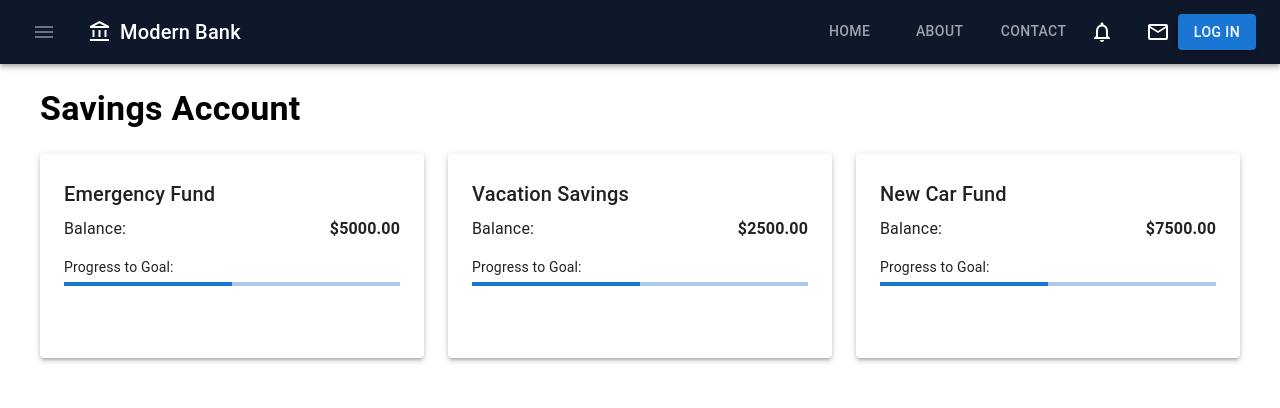
Repository: MohammadMazloum123/Moder-Bank-Full-Stack-Project
Page: /savings-account (app in Desktop/front-modernbank/front-modernbank/)
These files come from the project's save history. The page is drawn as it stood at one moment and after the next save; the edit follows.
The browser window is 1280 px wide. The pictures show the whole page.
The project was rebuilt for these pictures with package versions that can differ from the ones it lists, and the page was loaded fresh each time. Also part of the build but not shown: Desktop/front-modernbank/front-modernbank/src/components/HomePage.jsx, Desktop/front-modernbank/front-modernbank/src/transactions/NewTransaction.tsx, Desktop/front-modernbank/front-modernbank/src/transactions/TransactionsHistory.tsx.

Above is the page before, as saved 2024-11-18 17:27:19.

### Desktop/front-modernbank/front-modernbank/public/index.html
<!DOCTYPE html>
<html lang="en">
  <head>

    <meta charset="utf-8" />
    <link rel="icon" href="%PUBLIC_URL%/favicon.ico" />
    <meta name="viewport" content="width=device-width, initial-scale=1" />
    <meta name="theme-color" content="#000000" />
    <meta
      name="description"
      content="Web site created using create-react-app"
    />
    <link rel="apple-touch-icon" href="%PUBLIC_URL%/logo192.png" />

    <link rel="manifest" href="%PUBLIC_URL%/manifest.json" />

    <title>Modern Bank App</title>
    <style>
      body{
        margin: 0;
        padding: 0;
        box-sizing: border-box;
      }
    </style>
  </head>
  <body>
    <noscript>You need to enable JavaScript to run this app.</noscript>
    <div id="root"></div>
  </body>
</html>

### Desktop/front-modernbank/front-modernbank/src/App.js
import React from "react";
import { Box} from "@mui/material";
import NavBar from "./components/NavBar";
import {BrowserRouter as Router} from "react-router-dom";
import AppRoutes from "./route/AppRoutes.tsx";


function App() {
  return (
    <Router>
      <Box>
        <NavBar/>
      </Box>
      <AppRoutes/>
    </Router>
  );
}

export default App;

### Desktop/front-modernbank/front-modernbank/src/components/NavBar.jsx
import { AppBar, Toolbar, Typography, Tabs, Tab, Button, Box } from '@mui/material'
import React, { useState } from 'react'
import DrawerComp from '../DrawerComp';
import NotificationsNoneOutlinedIcon from '@mui/icons-material/NotificationsNoneOutlined';
import EmailOutlinedIcon from '@mui/icons-material/EmailOutlined';
import { AccountBalanceOutlined } from '@mui/icons-material';
import { Link } from 'react-router-dom';

const NavBar = () => {
    const [value, setvalue] = useState();
return (
    <AppBar position='sticky' sx={{bgcolor:"#0f172a"}}>
        <Toolbar>

                <DrawerComp/>
                <Box display="flex" alignItems="center" flex={3} ml={3}>
                    <AccountBalanceOutlined fontSize='medium' sx={{ color: "white", mr: 1 }} />
                        <Typography variant='h6' color='inherit'>
                            Modern Bank
                        </Typography>
                </Box>
            <Box display="flex" flex={0.7} justifyContent="center">
                <Tabs
                textColor='inherit'
                indicatorColor='secondary'
                value={value}
                onChange={(e, value) => setvalue(value)}
                >
                        <Tab LinkComponent={Link} to="/" label="Home"/>
                        <Tab label="About"/>
                        <Tab label="Contact"/>
                </Tabs>
            </Box>
            <Box display="flex" flex={0.4} alignItems="center" justifyContent="center">
                <NotificationsNoneOutlinedIcon sx={{mr:4}}/>
                <EmailOutlinedIcon/>
            </Box>
            <Box display="flex" justifyContent="flex-end">
                <Button sx={{marginLeft:'auto'}} variant='contained'>Log In</Button>
            </Box>
        </Toolbar>
    </AppBar>
)
}

export default NavBar

### Desktop/front-modernbank/front-modernbank/src/route/AppRoutes.tsx
import React from 'react'
import {Routes, Route} from "react-router-dom";
import HomePage from '../components/HomePage';
import NewTransaction from '../transactions/NewTransaction.tsx';
import TransactionsHistory from '../transactions/TransactionsHistory.tsx';
import SavingsAccount from '../savings/SavingsAccount.tsx';

const AppRoutes = () => {
    return (
        <Routes>
            <Route path='/' element={<HomePage/>}/>
            <Route path='/new-transactions' element={<NewTransaction/>}/>
            <Route path='/transactions-history' element={<TransactionsHistory/>}/>
            <Route path='/savings-account' element={<SavingsAccount/>}/>
        </Routes>
    )
}

export default AppRoutes

### Desktop/front-modernbank/front-modernbank/src/DrawerComp.jsx
import React, {useState} from 'react'
import MenuIcon from '@mui/icons-material/Menu';
import {
    Drawer,
    IconButton,
    List,
    ListItemButton,
    ListItemIcon,
    ListItemText,
    Typography,
    Collapse,
    Divider,
    Box,
    Switch
    } from '@mui/material';

import {
    ExpandLess,
    ExpandMore,
    AddOutlined,
    SavingsOutlined,
    HistoryOutlined,
    CreditCardOutlined,
    TrendingUpOutlined,
    AccountBalanceOutlined,
    PercentOutlined,
    AttachMoneyOutlined,
    ShowChartOutlined,
    LogoutOutlined,
} from "@mui/icons-material";
import { Link } from 'react-router-dom';


const DrawerComp = () => {
    const [OpenDrawer, setOpenDrawer] = useState(false);
      // Dropdown states
        const [transactionsOpen, setTransactionsOpen] = useState(false);
        const [savingsOpen, setSavingsOpen] = useState(false);
        const [expenseTracker, setExpenseTracker] = useState(false);

return (
    <>
        <Drawer
        open={OpenDrawer}
        onClose={() => setOpenDrawer(false)}
        sx={{padding: "16px"}}
        >
        <Typography
            variant="h6"
            sx={{
            padding: 2,
            textAlign: "center",
            bgcolor: "#0f172a",
            color: "white",
        }}
        >
            Modern Bank
        </Typography>
        <Divider/>

            <List sx={{p: 2 ,width:"340px"}}>
                {/* Account Transactions Dropdown */}
                <ListItemButton onClick={() => setTransactionsOpen(!transactionsOpen)}>
                    <ListItemIcon>
                        <CreditCardOutlined/>
                    </ListItemIcon>
                    <ListItemText primary="Transactions"/>
                    {transactionsOpen ? <ExpandLess/> : <ExpandMore/>}
                </ListItemButton>
                <Collapse in={transactionsOpen} timeout="auto" unmountOnExit>
                    <List component="div" disablePadding sx={{pl : 2}}>
                        <ListItemButton component={Link} to="/new-transactions">
                            <ListItemIcon>
                                <AddOutlined fontSize='small'/>
                            </ListItemIcon>
                        <ListItemText primary="New Transactions"/>
                        </ListItemButton>
                        <ListItemButton component={Link} to="/transactions-history">
                            <ListItemIcon>
                                <HistoryOutlined fontSize='small'/>
                            </ListItemIcon>
                        <ListItemText primary="Transactions History"/>
                        </ListItemButton>
                    </List>
                </Collapse>
                <Divider/>
                {/* Savings Dropdown */}
                <ListItemButton onClick={() => setSavingsOpen(!savingsOpen)}>
                    <ListItemIcon>
                        <SavingsOutlined fontSize='small'/>
                    </ListItemIcon>
                    <ListItemText primary="Savings"/>
                    {savingsOpen ? <ExpandLess/> : <ExpandMore/>}
                </ListItemButton>
                <Collapse in={savingsOpen} timeout="auto" unmountOnExit>
                    <List component="div" disablePadding sx={{pl : 2}}>
                        <ListItemButton component={Link} to="/savings-account">
                            <ListItemIcon>
                                <AccountBalanceOutlined fontSize='small'/>
                            </ListItemIcon>
                            <ListItemText primary="Savings Account"/>
                        </ListItemButton>
                        <ListItemButton>
                            <ListItemIcon>
                                <TrendingUpOutlined fontSize='small'/>
                            </ListItemIcon>
                            <ListItemText primary="Savings Goals"/>
                        </ListItemButton>
                        <ListItemButton>
                            <ListItemIcon>
                                <PercentOutlined fontSize='small'/>
                            </ListItemIcon>
                            <ListItemText primary="Interest Rate"/>
                        </ListItemButton>
                    </List>
                </Collapse>
                <Divider/>
            <ListItemButton onClick={() => setExpenseTracker(!expenseTracker)}>
                <ListItemIcon>
                    <AttachMoneyOutlined fontSize='small'/>
                </ListItemIcon>
                    <ListItemText primary="Expense Tracker" />
                    {transactionsOpen ? <ExpandLess/> : <ExpandMore/>}
            </ListItemButton>
            <Collapse in={expenseTracker} timeout="auto" unmountOnExit>
                <List component="div" disablePadding sx={{pl : 2}}>
                    <ListItemButton>
                        <ListItemIcon>
                            <ShowChartOutlined fontSize='small'/>
                        </ListItemIcon>
                        <ListItemText primary="Track Expenses"/>
                    </ListItemButton>
                </List>
            </Collapse>
              {/* Dark Mode Switch */}
        <Box display="flex" alignItems="center" mt={2}>
            <Typography variant="body1" sx={{ flexGrow: 1 }}>
                Dark Mode
            </Typography>
            <Switch
                inputProps={{ 'aria-label': 'Dark Mode Switch' }}
            />

            <ListItemButton>
                        <ListItemText primary="Log Out"/>
                        <ListItemIcon>
                            <LogoutOutlined/>
                        </ListItemIcon>
                    </ListItemButton>
        </Box>
            </List>
        </Drawer>
        {/* Drawer Toggle Button */}
        <IconButton onClick={() => setOpenDrawer(!OpenDrawer)}>
            <MenuIcon sx={{color:"#64748b"}}/>
        </IconButton>
    </>
)
}

export default DrawerComp

### Desktop/front-modernbank/front-modernbank/src/savings/SavingsAccount.tsx
import React, { useState } from 'react';
import {
    Typography,
    Box,
    Paper,
    Grid,
    Button,
    Table,
    TableBody,
    TableCell,
    TableContainer,
    TableHead,
    TableRow,
    LinearProgress,
    Chip,
    Dialog,
    DialogTitle,
    DialogContent,
    DialogActions,
    TextField,
} from '@mui/material';

// Mock data for demonstration
const mockSavingsAccounts = [
    { id: 1, name: 'Emergency Fund', balance: 5000, goal: 10000, interestRate: 1.5, lastTransaction: '2023-05-15' },
    { id: 2, name: 'Vacation Savings', balance: 2500, goal: 5000, interestRate: 2.0, lastTransaction: '2023-05-10' },
    { id: 3, name: 'New Car Fund', balance: 7500, goal: 15000, interestRate: 1.8, lastTransaction: '2023-05-20' },
];

const SavingsAccount = () => {
    const [openDialog, setOpenDialog] = useState(false);
    const [accounts, setAccounts] = useState(mockSavingsAccounts);
    const [newAccount, setNewAccount] = useState({name:'', goal:''})

    const handleOpenDialog = () => setOpenDialog(true);
    const handleCloseDialog = () => setOpenDialog(false);

    const handleAccount = () => {
        if(newAccount.name && newAccount.goal){
            const newAccountData = {
                id: accounts.length + 1,
                name: newAccount.name,
                balance: 0 ,
                goal: parseFloat(newAccount.name),
                interestRate : 1.5,
                lastTransaction: new Date().toISOString().split('T')[0],
            };
            setAccounts([...accounts, newAccountData]);
            setNewAccount({name:'', goal:''});
            handleCloseDialog();
        }
    };
return (
    <Box sx={{maxWidth:1200, mx:'auto', p:3}}>
        <Typography component="h1" variant='h4' gutterBottom sx={{fontWeight:'bold', mb:3}}>
            Savings Account
        </Typography>
        <Grid container spacing={3} sx={{mb:3}}>
            {accounts.map((account) =>(
                <Grid item xs={12} md={4} key={account.id}>
                    <Paper elevation={3} sx={{display:'flex', height:'100%', flexDirection:'column', p: 3}}>
                        <Typography variant='h6' gutterBottom>{account.name}</Typography>
                        <Box sx={{display:'flex', justifyContent:'space-between', mb:2}}>
                            <Typography variant='body1'>Balance:</Typography>
                            <Typography variant='body1' fontWeight='bold'>${account.balance.toFixed(2)}</Typography>
                        </Box>
                        <Box>
                            <Typography variant='body2' gutterBottom>Progress to Goal:</Typography>
                            <LinearProgress
                            variant='determinate'
                            value={(account.balance / account.goal * 100)}

                            />
                        </Box>
                    </Paper>
                </Grid>
            ))}

        </Grid>
    </Box>
)
}

export default SavingsAccount

Loaded but not shown: Desktop/front-modernbank/front-modernbank/src/index.js (common file); Desktop/front-modernbank/front-modernbank/src/reportWebVitals.js (common file)

After the next save:
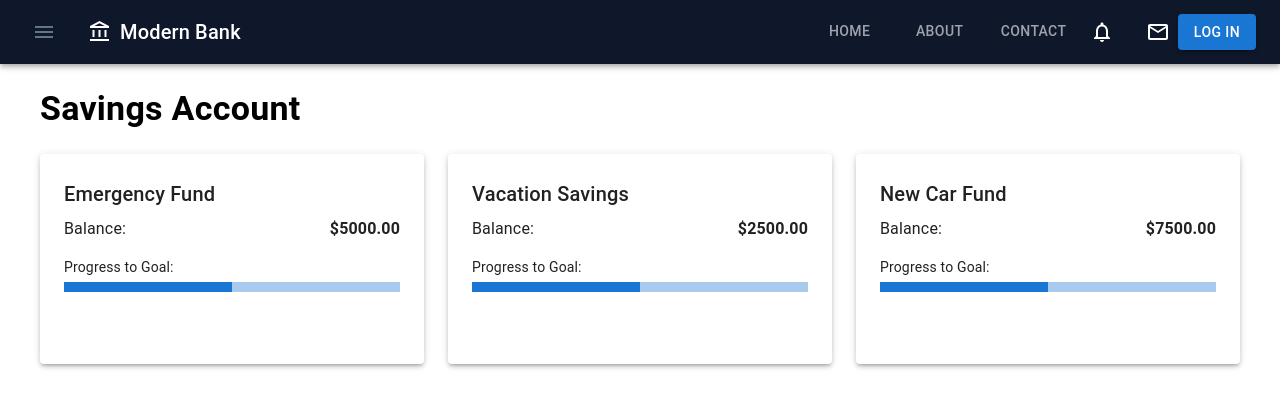
Saved 14 s later.
--- a/Desktop/front-modernbank/front-modernbank/src/savings/SavingsAccount.tsx
+++ b/Desktop/front-modernbank/front-modernbank/src/savings/SavingsAccount.tsx
@@ -69,7 +69,7 @@ return (
                             <LinearProgress
                             variant='determinate'
                             value={(account.balance / account.goal * 100)}
-
+                            sx={{height : 10, mt : 0.5}}
                             />
                         </Box>
                     </Paper>
